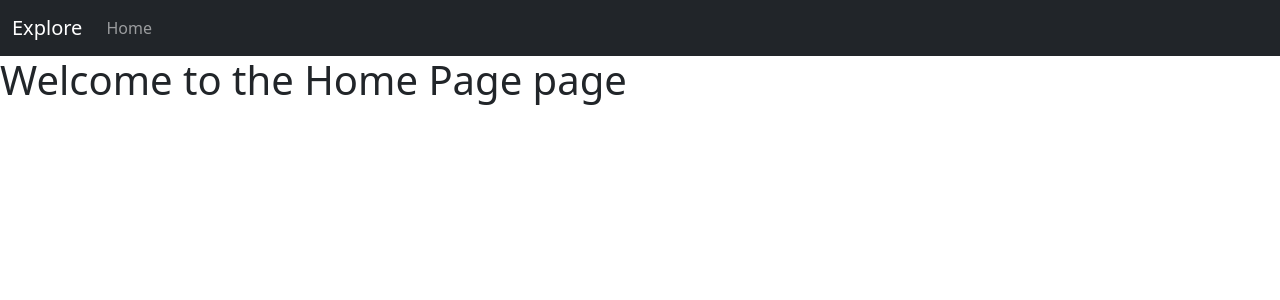
Repository: Survey-Wizard/SurveyWizard
Page: http://localhost/
These files come from the project's save history. The page is drawn as it stood at one moment and after a run of saves; the edit follows.
The browser window is 1280 px wide. The pictures show the whole page.
The page is served by the project's Node server (server.js).

Above is the page before, as saved 2021-05-30 09:58:02.

After the next 2 saves:
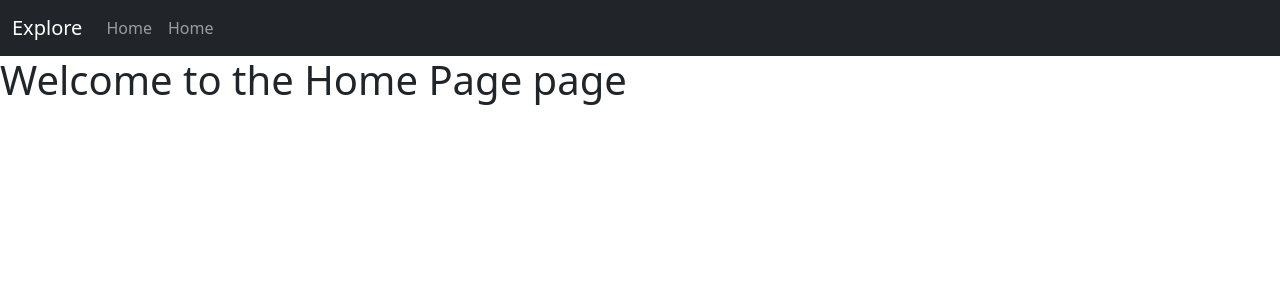
The 2 saves are shown as one change because they came seconds apart.
The last was saved 12 s later.
--- a/views/index.ejs
+++ b/views/index.ejs
@@ -27,6 +27,10 @@
             <a class="nav-link"  href="#">Home</a>
           </li>
 
+          <li class="nav-item active">
+            <a class="nav-link"  href="#">Home</a>
+          </li>
+
         </div>
       </nav>
 
